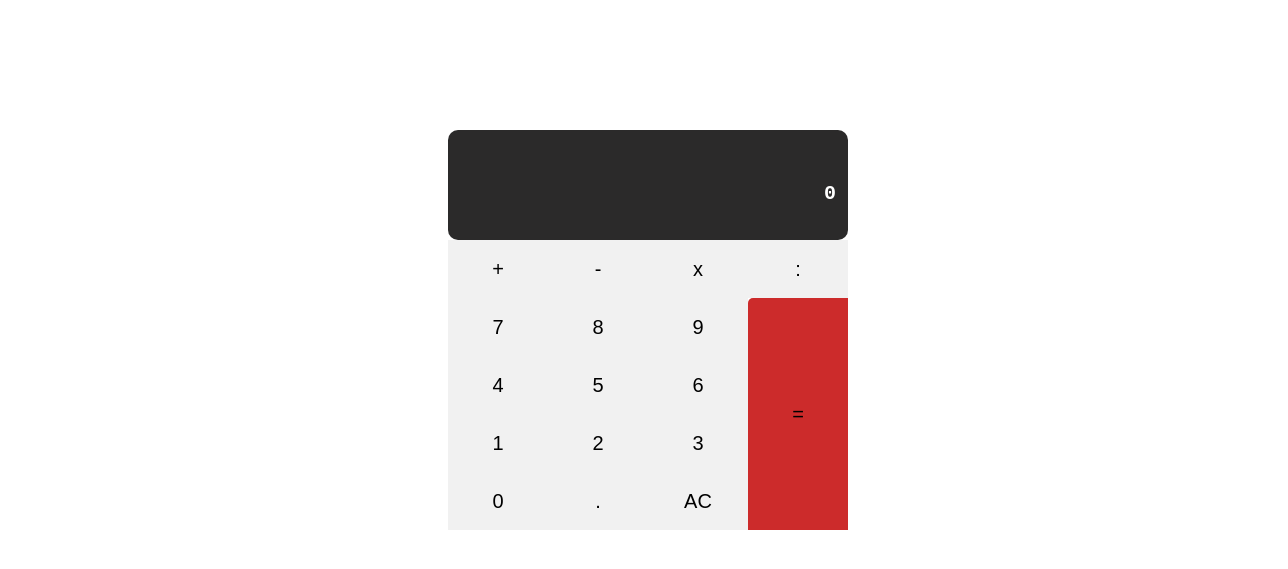
Repository: CryptoFamilyNFT/develhope
Page: css/Grid 2/calculator.html
An editor plug-in stored every save of this project. The page is shown before and after the next save, followed by the edit.
The browser window is 1280 px wide. The page is 1288 px wide, so the pictures cover 1288 px, including what lies to the right of the window. The pictures show the whole page.

Above is the page before, as saved 2024-11-18 09:25:11.

After the next save:
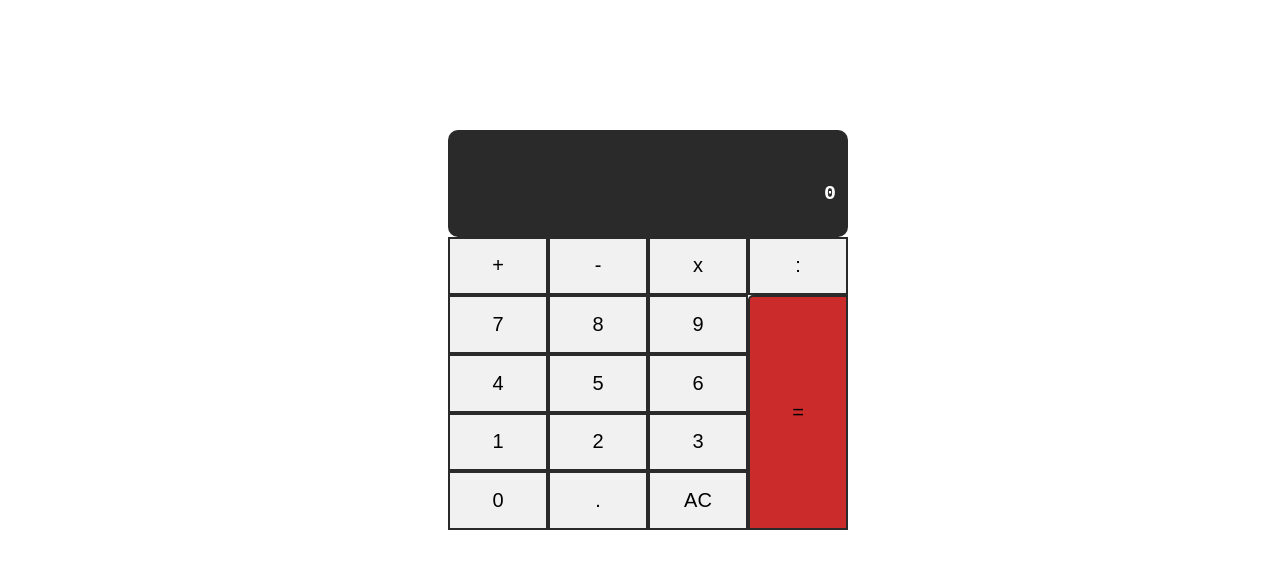
Saved 67 s later.
--- a/css/Grid 2/calculator.css
+++ b/css/Grid 2/calculator.css
@@ -58,6 +58,7 @@ button {
     background-color: #f1f1f1;
     font-size: 20px;
     cursor: pointer;
+    border: 2px solid #2b2a2a;
 }
 
 button[id="equal"] {
